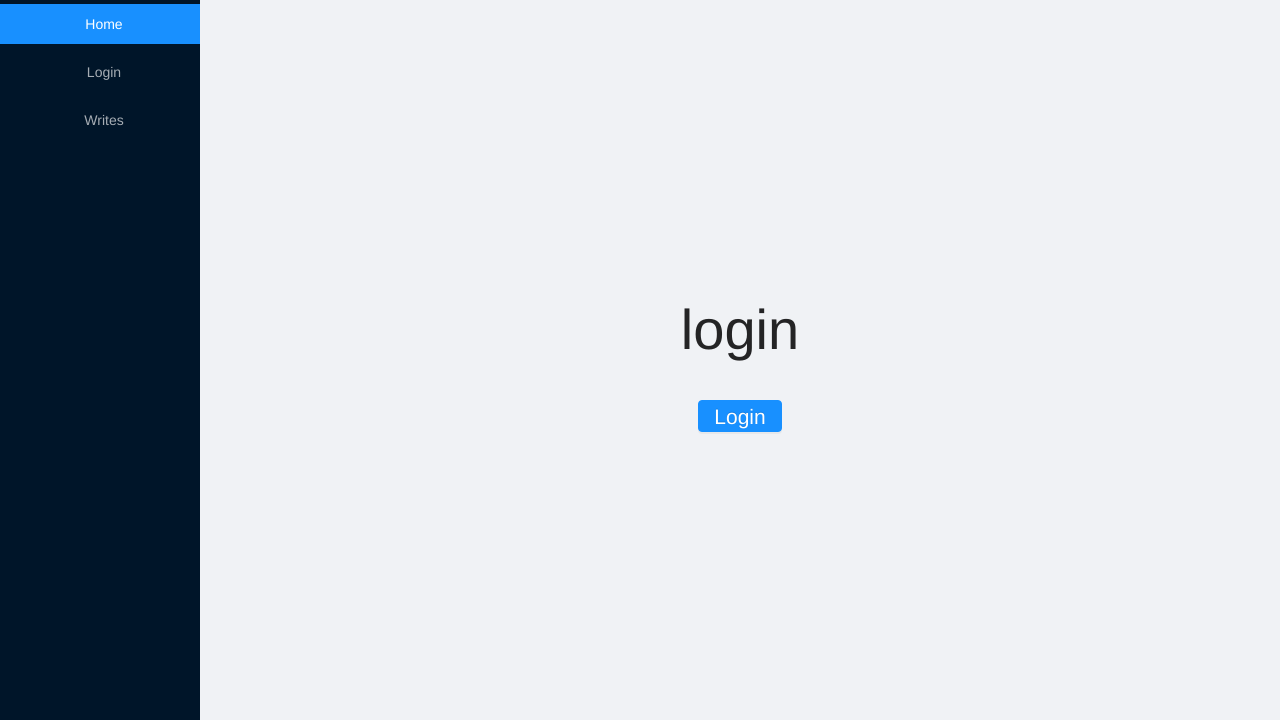
Repository: writesapp/mod
Page: /login
The author's editor kept a copy of each file at every save. The page is drawn from the files as they stood at one save, then again after the next save.
The browser window is 1280 px wide. The pictures show the whole page.
The project was rebuilt for these pictures with package versions that can differ from the ones it lists, and the page was loaded fresh each time. Also part of the build but not shown: src/views/Home.vue, src/views/Writes.vue.

Above is the page before, as saved 2020-07-09 16:25:17.

After the next save:
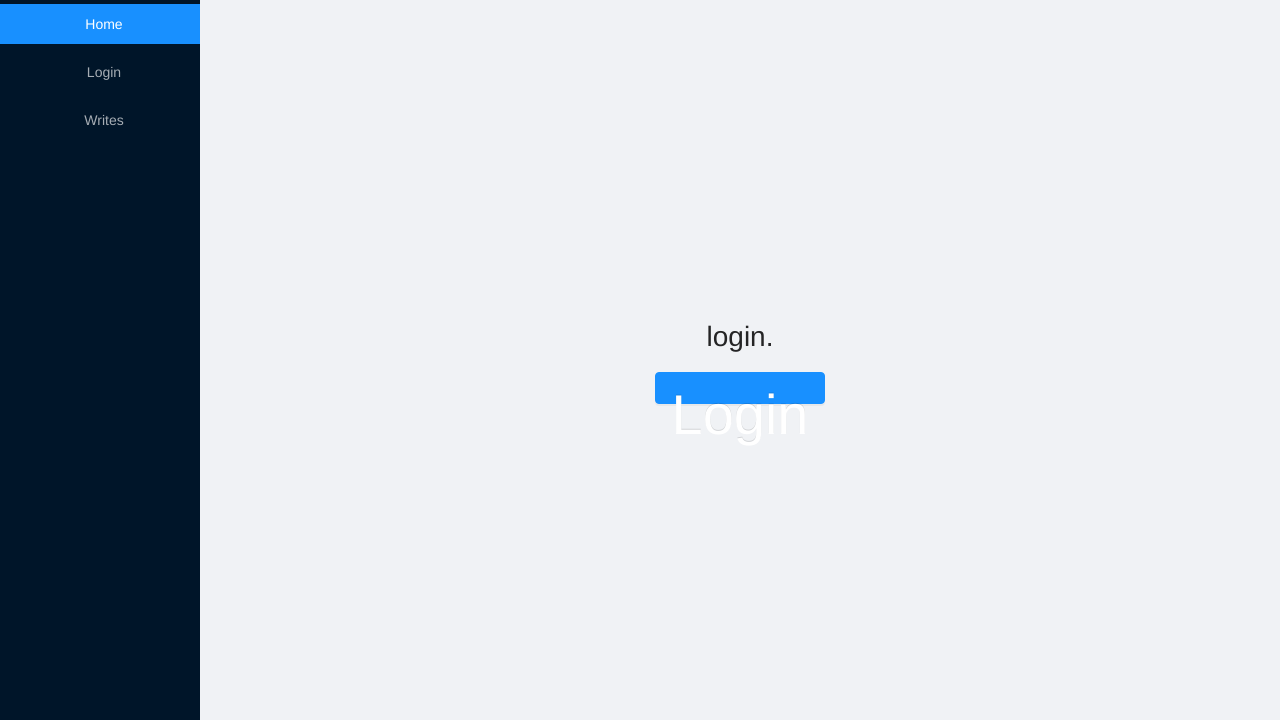
Saved 60 s later.
--- a/src/views/Login.vue
+++ b/src/views/Login.vue
@@ -1,7 +1,7 @@
 <template>
   <div class="home">
     <div class="login">
-      <h1>login</h1>
+      <h1>login.</h1>
       <a-button type="primary" @click.native="login()">
       Login
       </a-button>
@@ -30,11 +30,11 @@ export default {
 
 <style scoped>
   h1 {
-    font-size: 4em;
+    font-size: 2em;
   }
 
   button {
-    font-size: 1.5em;
+    font-size: 4em;
   }
 
   .login {
